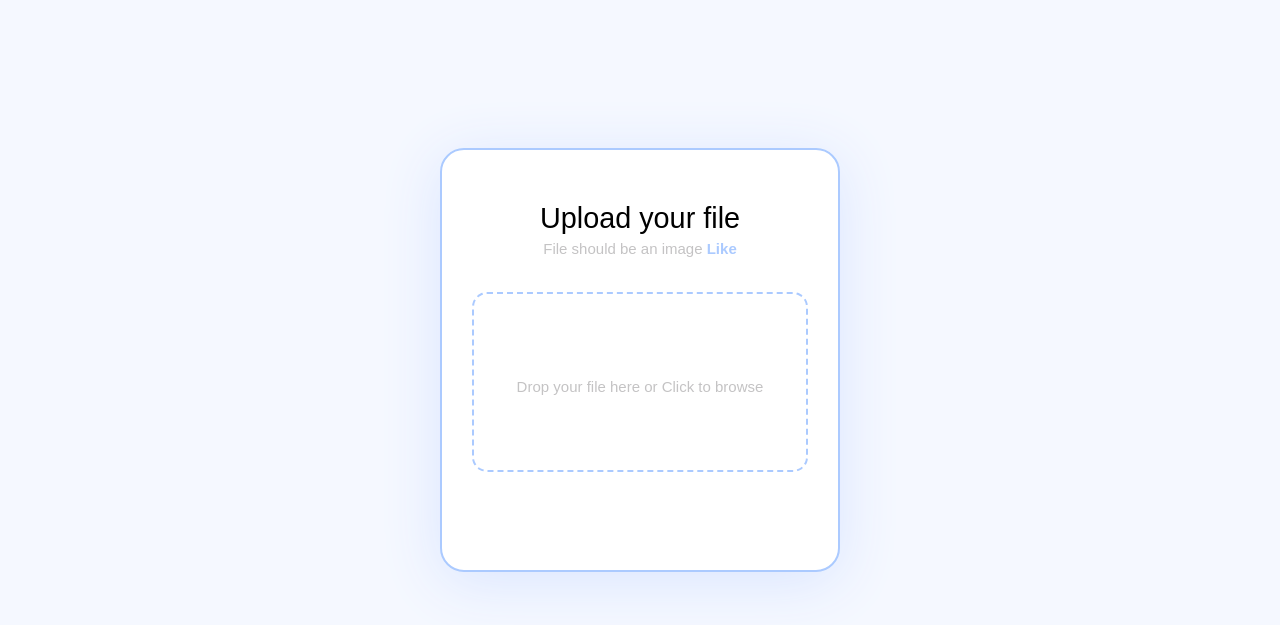
Repository: ThuongDuy/Phan_loai_anh
Page: hcsdlpt/index.html
The author's editor kept a copy of each file at every save. The page is drawn from the files as they stood at one save, then again after the next save.
The browser window is 1280 px wide. The pictures show the whole page.

Above is the page before, as saved 2023-06-01 16:59:33.

After the next save:
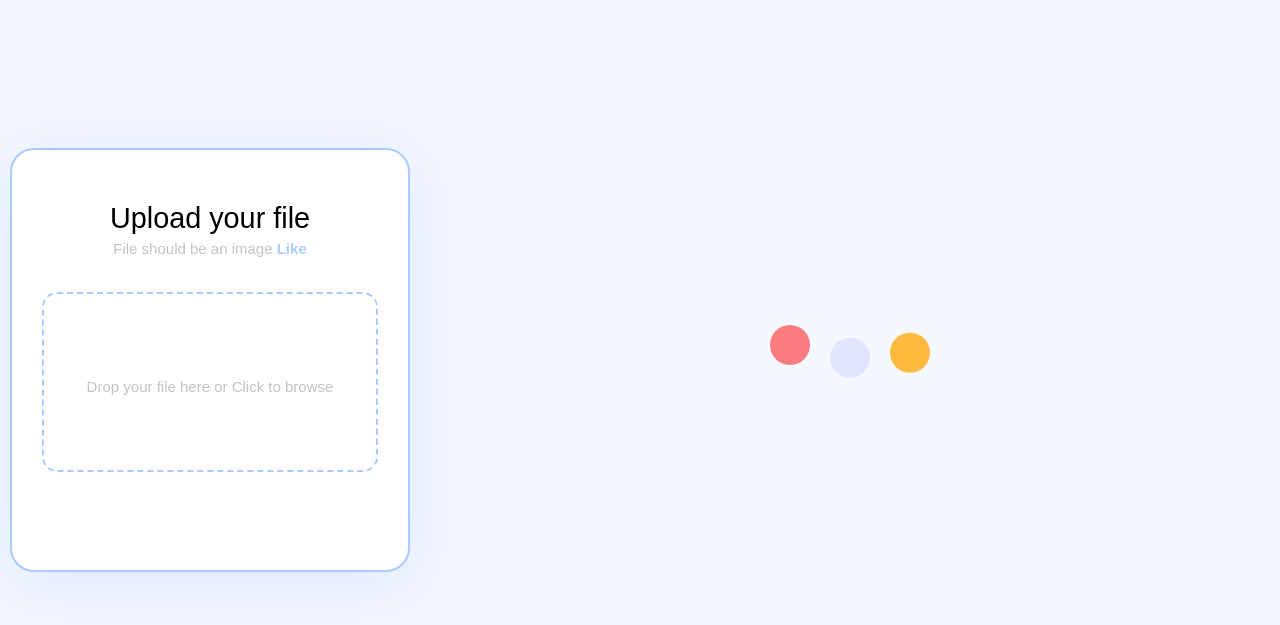
Saved 22 s later.
--- a/hcsdlpt/main.css
+++ b/hcsdlpt/main.css
@@ -318,3 +318,51 @@ body {
     font-size: 1rem;
     color: var(--clr-light-gray);
 }
+
+.loader {
+    width: 100%;
+    height: 300px;
+    display: flex;
+    align-items: center;
+    justify-content: center;
+    gap: 20px;
+}
+
+.dot {
+    height: 40px;
+    width: 40px;
+    border-radius: 50%;
+}
+
+.dot:nth-child(1) {
+    background-color: red;
+    animation: jump 0.6s 0.5s ease-in infinite
+}
+
+.dot:nth-child(2) {
+    background-color: blue;
+    animation: jump 0.6s 0.7s ease-in infinite
+}
+
+.dot:nth-child(3) {
+    background-color: orange;
+    animation: jump 0.6s 0.9s ease-in infinite
+}
+
+
+@keyframes jump {
+    0% {
+        transform: translate3D(0, 0, 0);
+        opacity: 0;
+    }
+
+    50% {
+        transform: translate3D(0, -15px, 0);
+        opacity: 0.5;
+    }
+
+    100% {
+        transform: translate3D(0, 0, 0);
+        opacity: 1;
+    }
+}
